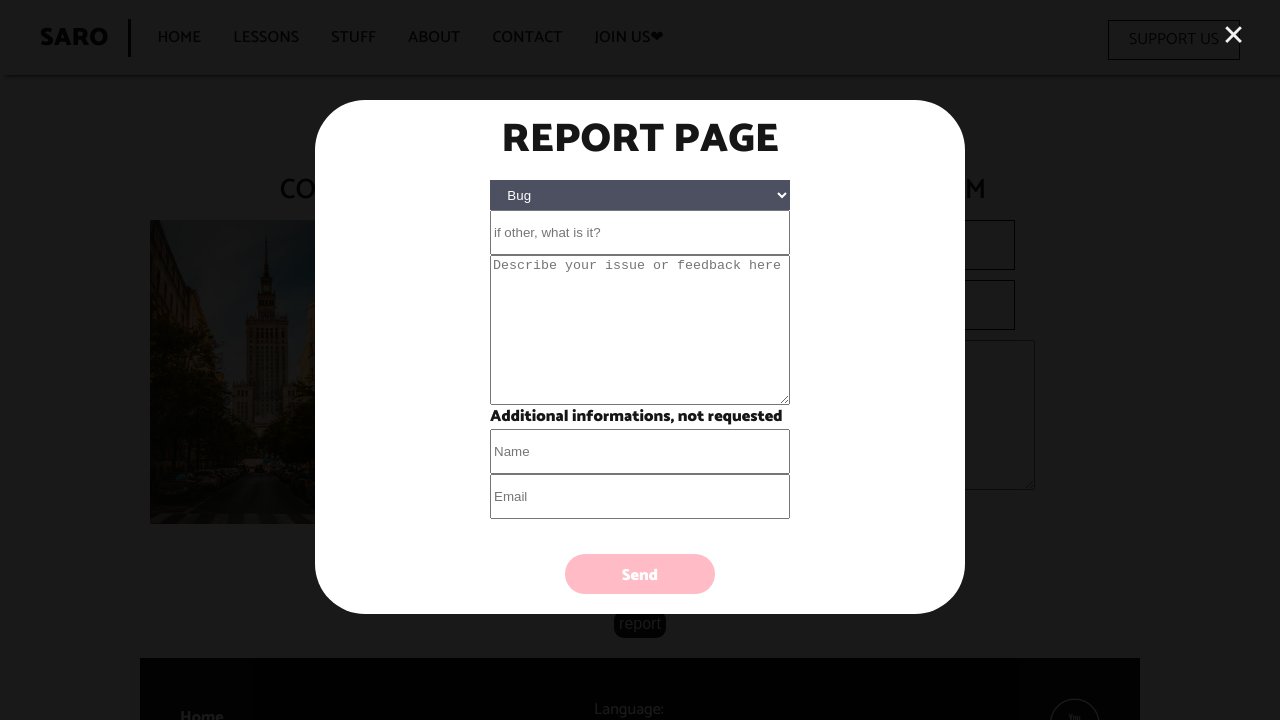
Repository: michalskirobert/SARO
Page: contact.html
The author's editor kept a copy of each file at every save. The page is drawn from the files as they stood at one save, then again after the next save.
The browser window is 1280 px wide. The pictures show the window.
Empty fields were first filled with sample values (such as "Sample", 5 or name@example.com).
After loading, the first visible `button.report` was clicked once.
A layer covers the whole window, so only the first screen is drawn.

Above is the page before, as saved 2020-10-30 14:11:23.

### contact.html
<!DOCTYPE html>
<html lang="en">

<head>
    <meta charset="UTF-8">
    <meta name="description"
        content="We are SARO. We offer free Polish lessons! This project was created as a result of a desire to help people, teaching the Polish language and share our culture and curiosities">
    <meta name="keywords"
        content="Polish lessons, Polish lessons online, online, lessons online, Polish online, free Polish lessons, polish lessons, Polska, polskie lekcje, lekcje języka polskiego, przepisy, recipes, recipe, polish foods recipe, recipes of Polish foods, żurek, naleśniki, gołąbki, żurek recipe, naleśniki recipe, gołąbki recipe, Polish cabbage rolls recipe, Polish free lessons, how to learn Polish, where to learn Polish, przypadki, polish declensions, how to make Polish words, how to make Polish sentences, SARO, SARO Polish lessons for free, SARO Polish, saro Polish lessons, Polish, Poland, Polska, polski, język polski, Polish hangman, saro, course, online, courses, english, japanese, Polish, Polish lessons, Polish curiosities, Polish tradition, Saro Polish langauge lessons online, Polish grammar, Polish media, Polish movies, Polish music, Polish foods, Polish food, pierogi, naleśniki, the best website for studying Polish, Polish lessons, Polish dictionary, Saro, Sa, Ro, Saki, Robert, Polish pronunciation, how to speak Polish, Warszawa, Warsaw, Wrocław, Wroclaw, Gdańsk, Polish cases, przypadki, Polish ortography, Polish culture, Polish traditions">
    <meta name="author" content="Robert Michalski">
    <meta name="viewport" content="width=device-width, initial-scale=1.0">
    <meta property="og:site_name" content="Saro.Website with free Polish lessons" />
    <meta property="og:url" content="www.saro.website" />
    <meta property="og:type" content="website" />
    <meta name="title" property="og:title" content="Saro.Website with free Polish lessons" />
    <meta name="image" property="og:image" content="https://saro.website/assets/img/bg/header-banner.jpg" />
    <meta property="og:image:type" content="image/png">
    <meta property="og:image:width" content="1024">
    <meta property="og:image:height" content="1024">
    <script defer src="https://saro.website/assets/js/cookie.js"></script>
    <script data-ad-client="ca-pub-5704095251892500" defer
        src="https://pagead2.googlesyndication.com/pagead/js/adsbygoogle.js"></script>
    <link rel="stylesheet" href="./assets/style/css/style.css">
    <title>Welcome to SARO - Contact</title>
</head>

<body>
    <header>
        <a href="index.html" class="header-brand">SARO</a>
        <nav>
            <button class="hamburger" aria-expanded="false">
                <div class="bar"></div>
                <div class="bar"></div>
                <div class="bar"></div>
            </button>
            <ul class="nav__desktop">
                <li><a class="nav" href="./index.html">Home</a></li>
                <li><a class="nav" href="./lessons.html">Lessons</a></li>
                <li><a class="nav" href="./stuff/index.html">Stuff</a></li>
                <li><a class="nav" href="./about.html">About</a></li>
                <li><a class="nav" href="./contact.html">Contact</a></li>
                <li><a class="nav" href="./join/">Join us❤</a></li>
            </ul>
            <a href="support_us.html" class="header-cases">Support us</a>
        </nav>
        <ul class="nav-list">
            <li><a href="index.html" class="header-brand--after">SARO</a></li>
            <li><a class="nav-links" href="./index.html">Home</a></li>
            <li><a class="nav-links" href="./lessons.html">Lessons</a></li>
            <li><a class="nav-links" href="./stuff/index.html">Stuff</a></li>
            <li><a class="nav-links" href="./about.html">About</a></li>
            <li><a class="nav-links" href="./contact.html">Contact</a></li>
            <li><a class="nav-links" href="./join/">Join us❤</a></li>
            <li><a class="nav-links" href="./support_us.html">Support us❤</a></li>
        </ul>
        <script src="./assets/js/menu.js"></script>
    </header>
    <main>
        <section class="contact">
            <div class="wrapper">
                <h1>Contact</h1>
                <div class="contact__container">
                    <div class="contact__box contact__box--item">
                        <div class="contact__box">
                            <h2>Contact center</h2>
                            <img class="image-left__center" src="./assets/img/embl/warsaw_pkin.jpg" alt="Contact SARO">
                            <p>You can contact us anytime you want! We will try our best to replay to you as fast as
                                possible.</p>
                            <p>The waiting time shoudln't be longer than 48 hours. You can use Japanese, Korean, English
                                or
                                even Polish or you can write to us by your own <a
                                    href="mailto:contact@saro.website">contact@saro.website</a></p>
                        </div>
                    </div>
                    <div class="contact__box contact__box--item">
                        <div class="contact__box">
                            <h2>Contact form</h2>
                            <form method="post">
                                <input type="text" name="language" id="language" value="en" style="display: none;">
                                <input type="text" name="name" id="name" class="form-control"
                                    placeholder=" Enter here your name..." required>
                                <p id="nameValid"></p>
                                <input type="email" name="email" id="email" class="form-control"
                                    placeholder=" Enter your e-mail here.." required>
                                <p id="emailValid"></p>
                                <textarea name="message" id="message" placeholder=" Enter your message here..." row="10"
                                    required></textarea>
                                <p id="msgValid"></p>
                                <div class="g-recaptcha" data-sitekey="6LePq8oZAAAAADzsXuOoCMldDwNQAVSSZPkOCebE"></div>
                                <p id="ajaxResponseSuccess" role="alert">
                                </p>
                                <p id="ajaxResponseFail" role="alert">
                                </p>
                                <button type="button" onclick="sendMail()" class="form__button">Send
                                    message</button>
                            </form>
                        </div>
                    </div>
                    <div class="reportButton">
                        <button class="report" onclick="report()">report</button>
                    </div>
                </div>
            </div>
            <script src="./assets/js/mail.js"></script>
            <div id="reportWindow"></div>
            <script src="./assets/js/report.js"></script>
        </section>
    </main>
    <div class="wrapper">
        <footer>
            <ul>
                <li><a href="../index.html">Home</a></li>
                <li><a href="../lessons.html">Lessons</a></li>
                <li><a href="./stuff/">Stuff</a></li>
                <li><a href="../about.html">About</a></li>
                <li><a href="../contact.html">Contact</a></li>
                <li><a href="../support_us.html">Support us</a></li>
                <li><a href="../join/">Join us❤</a></li>
            </ul>
            <div class="footer-links-cases">
                <label for="language" class="language">Language:</label><br>
                <div class="custom-select">
                    <select id="language" onchange="window.location=this.options[this.selectedIndex].value">
                        <option value="" disabled selected>English</option>
                        <option value="https://saro.website/jp/contact.html">日本語</option>
                        <option value="https://saro.website/kr/contact.html">한국어</option>
                        <option value="https://saro.website/ch/contact.html">中文</option>
                        <option value="https://saro.website/vi/contact.html">Tiếng Việt</option>
                    </select>
                    <span class="custom-arrow"></span>
                </div>
            </div>
            <div class="footer-sm">
                <a href="https://www.youtube.com/channel/UCfmBNdamq_Z70lFx-m4wpWA" target="_blank"><img
                        src="./assets/img/icons/YouTube1.png" alt="YouTube icon"></a>
                <a href="https://www.instagram.com/sarowebsite/" target="_blank"><img
                        src="./assets/img/icons/Instagram.png" alt="Instagram icon"></a>
                <a href="https://www.facebook.com/SARO-Free-Polish-Lessons-106067287815397" target="_blank"><img
                        src="./assets/img/icons/Facebook.png" alt="Facebook icon"></a>
            </div>
        </footer>
        <script src="https://www.google.com/recaptcha/api.js?onload=onloadCallback&render=explicit" async
            defer></script>
    </div>
</body>
<script src="https://www.google.com/recaptcha/api.js" async defer></script>

</html>

### assets/js/report.js
//reportJS by Robert Michalski

function report() {
  var reportWindow = document.getElementById("reportWindow");
  var pageName = window.location.pathname;
  var language = document.getElementsByTagName("html");

  for (var i = 0; i < language.length; i++) {

 if(language[i].lang === "en"){

  var codeBlock = `
    <div class="report__base" id="myReport">
    <span id="close" onclick="showOld()">&times;</span>
    <div class="report__content" id="report01">
    <h3>Report page</h3>
    <form method="post" action="https://saro.website/report.php" class="report__form">
    <input name="language" id="language" value="${language[i].lang}" style="display: none;">
    <input name="page" id="page" value="${pageName}" style="display: none;">
    <input name="lang" id="lang" value="English" style="display: none;">
    <select name="category" id="category" required>
    <option value="Bug">Bug</option>
    <option value="Page does not work">Page does not work</option>
    <option value="Problem with displying">Page displays incorrectly</option>
    <option value="other">Other</option></select>
    <input type="text" name="other" id="other" class="issue" placeholder="if other, what is it?">
    <textarea name="describe" id="describe" cols="30" rows="10" placeholder="Describe your issue or feedback here" required></textarea>
    <b>Additional informations, not requested</b>
    <div class="form__label__left">
    <input type="text" name="name" id="name" class="issue" placeholder="Name">
    <input type="email" name="email" id="email" class="issue" placeholder="Email">
    <input type="submit" class="button__black" value="Send">
    </form>
    </div>
    </div>
    </div>`;
  }else if(language[i].lang === "ja"){

    var codeBlock = `
    <div class="report__base" id="myReport">
    <span id="close" onclick="showOld()">&times;</span>
    <div class="report__content" id="report01">
    <h3>レポート</h3>
    <form method="post" action="https://saro.website/report.php" class="report__form">
    <input name="language" id="language" value="${language[i].lang}" style="display: none;">
    <input name="page" id="page" value="${pageName}" style="display: none;">
    <input name="lang" id="lang" value="Japanese" style="display: none;">
    <label for="category">カテゴリー</label>
    <select name="category" id="category" required>
    <option value="Bug">バグ</option>
    <option value="Page does not work">ページがうまく動かない</option>
    <option value="Problem with displying">指定したページが一致しな</option>
    <option value="other">その他</option></select>
    <label for="other">「その他」を選んだ方は、内容をご記入下さい?</label>
    <input type="text" name="other" id="other" class="issue">
    <label for="describe">発生している状況やフィードバックをご記入下さい</label>
    <textarea name="describe" id="describe" cols="30" rows="10" required></textarea>
    <br>
    <b>以下の内容をご記入下さい。(任意)</b> <br>
    <div class="form__label__left">
    <label for="name">お名前</label>
    <input type="text" name="name" id="name" class="issue">
    <label for="name">メールアドレス</label>
    <input type="email" name="email" id="email" class="issue">
    <input type="submit" class="button__black" value="送信">
    </form>
    </div>
    </div>
    </div>`;
  }
  reportWindow.innerHTML = codeBlock;
}
}

function showOld() {
  document.getElementById("myReport").style.display = "none";
}

Loaded but not shown: assets/js/mail.js (120 lines, source omitted); assets/style/css/style.css (4313 lines, source omitted); assets/js/menu.js (no copy from this time; the picture is the same without it)

After the next save:
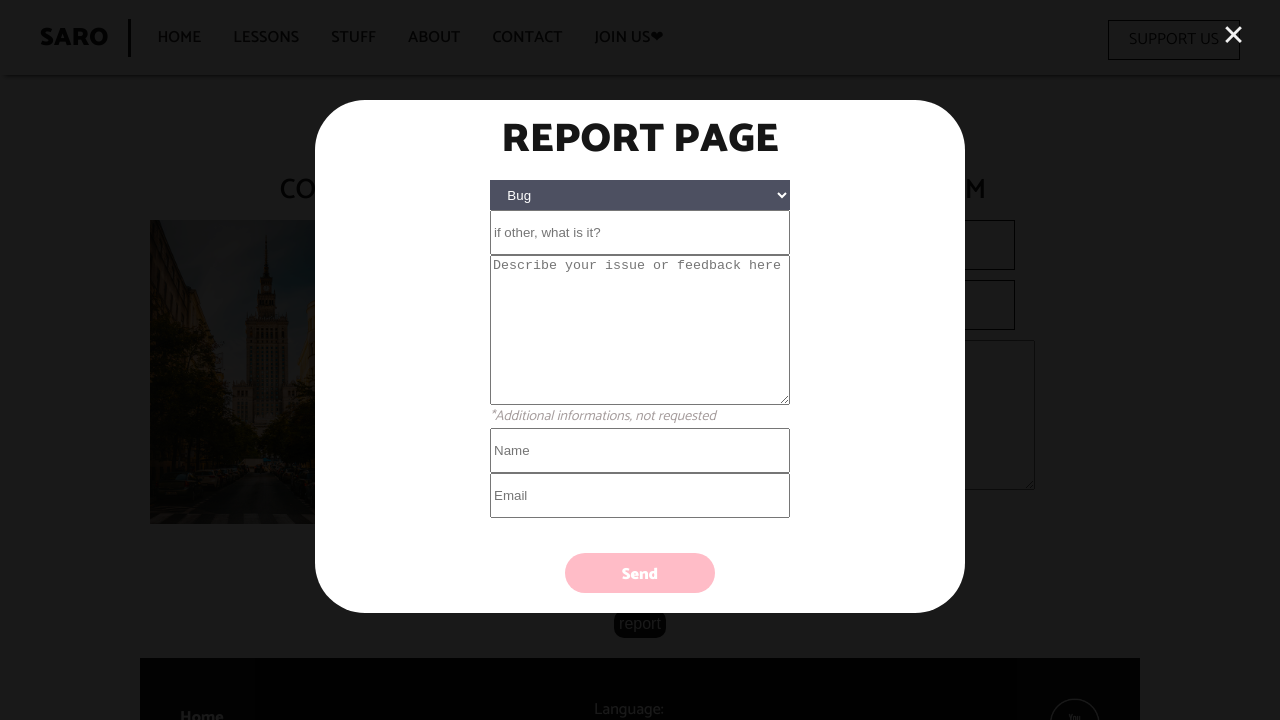
Saved 37 s later.
--- a/assets/js/report.js
+++ b/assets/js/report.js
@@ -25,7 +25,7 @@ function report() {
     <option value="other">Other</option></select>
     <input type="text" name="other" id="other" class="issue" placeholder="if other, what is it?">
     <textarea name="describe" id="describe" cols="30" rows="10" placeholder="Describe your issue or feedback here" required></textarea>
-    <b>Additional informations, not requested</b>
+    <i>*Additional informations, not requested</i>
     <div class="form__label__left">
     <input type="text" name="name" id="name" class="issue" placeholder="Name">
     <input type="email" name="email" id="email" class="issue" placeholder="Email">
